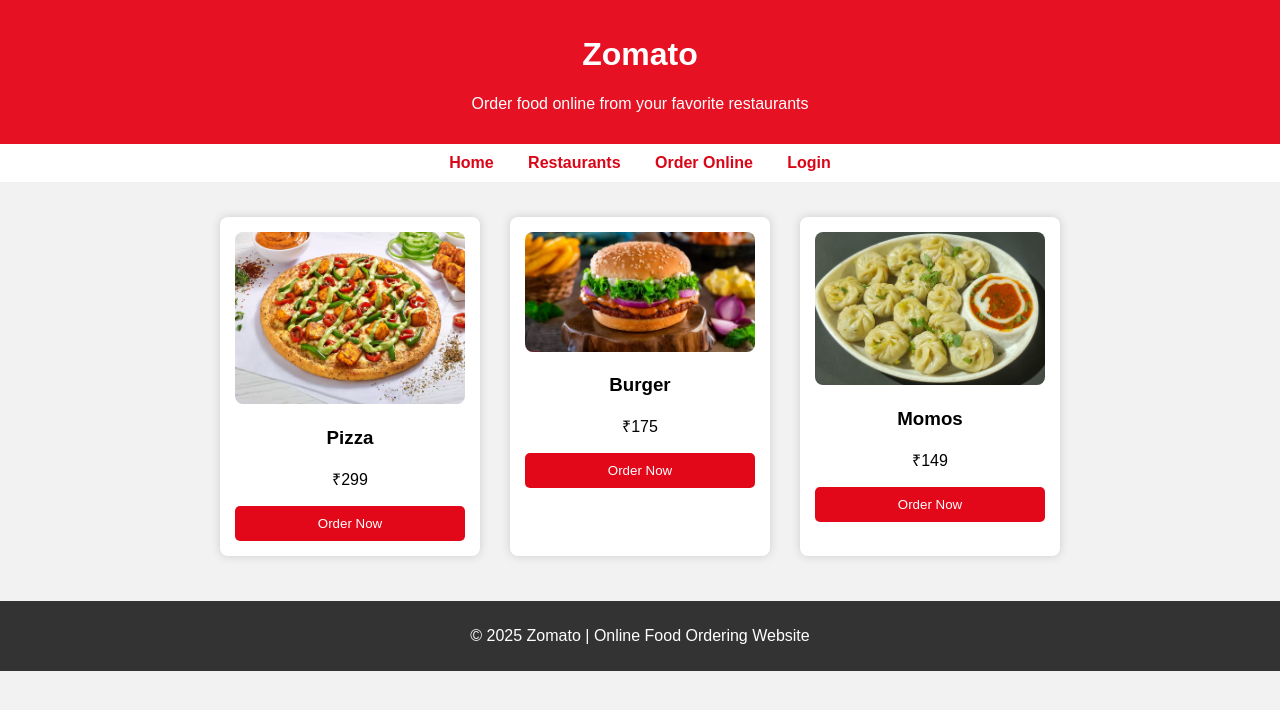
Repository: Glory998/ELCE1-32
Page: zomatoproject.html
These files come from the project's save history. The page is drawn as it stood at one moment and after the next save; the edit follows.
The browser window is 1280 px wide. The pictures show the whole page.

Above is the page before, as saved 2025-12-16 02:45:27.

After the next save:
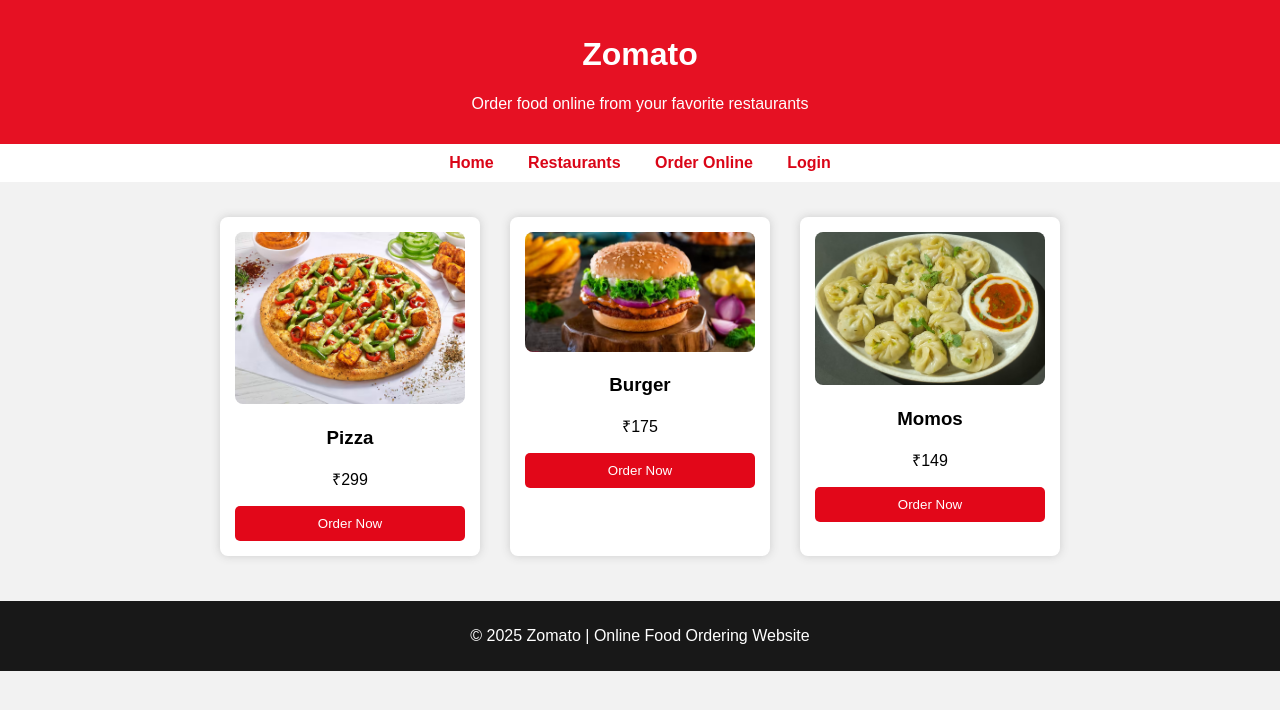
Saved 26 s later.
--- a/zomatoproject.html
+++ b/zomatoproject.html
@@ -67,7 +67,7 @@
 
         /* Footer */
         footer {
-            background-color: #333;
+            background-color: #181818;
             color: white;
             text-align: center;
             padding: 10px;
